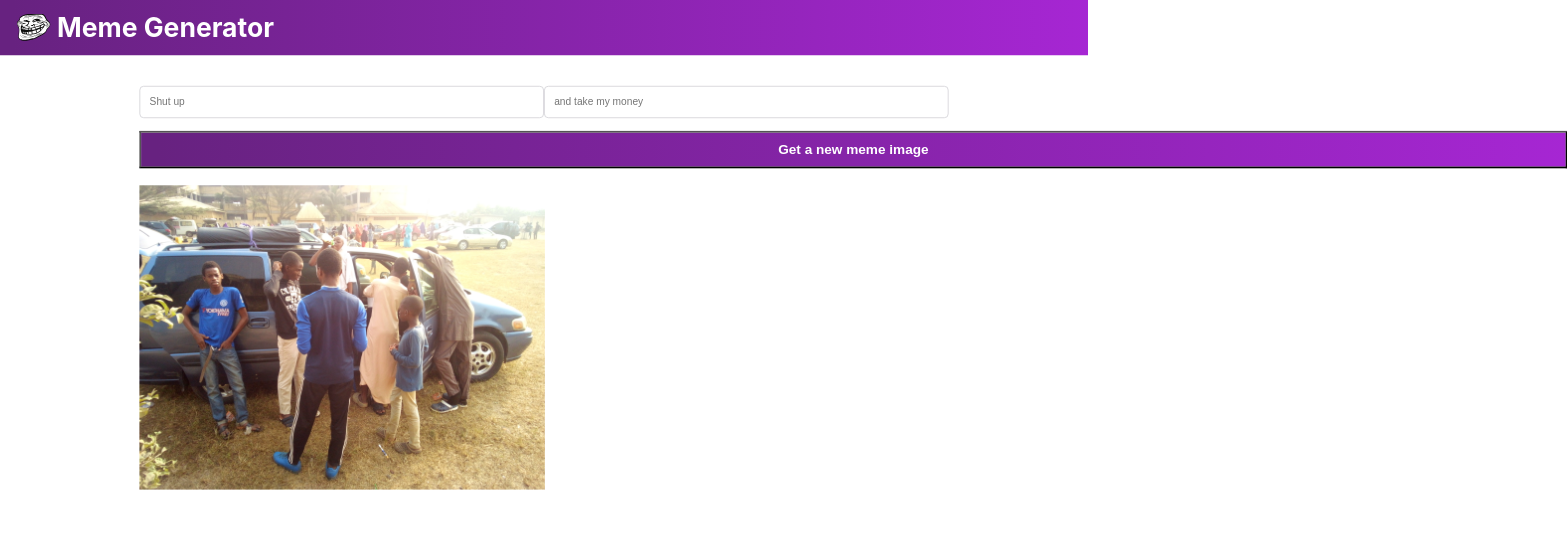
Repository: BuduCE/meme-generator
Page: /
An editor plug-in stored every save of this project. The page is shown before and after the next save, followed by the edit.
The browser window is 1280 px wide. The page is 1844 px wide, so the pictures cover 1844 px, including what lies to the right of the window. The pictures show the whole page, at 85% of full size.
The project was rebuilt for these pictures with package versions that can differ from the ones it lists, and the page was loaded fresh each time.

Above is the page before, as saved 2022-08-31 11:43:08.

### src/index.css
*{
  box-sizing: border-box;
  margin: 0;
  padding: 0;
}
body {
  margin: 0;
  font-family: -apple-system, BlinkMacSystemFont, 'Segoe UI', 'Roboto', 'Oxygen',
    'Ubuntu', 'Cantarell', 'Fira Sans', 'Droid Sans', 'Helvetica Neue',
    sans-serif;
  -webkit-font-smoothing: antialiased;
  -moz-osx-font-smoothing: grayscale;
}

code {
  font-family: source-code-pro, Menlo, Monaco, Consolas, 'Courier New',
    monospace;
}

### src/App.js
import './App.css';
import Meme from './components/Meme';
import Title from './components/Title';

function App() {

  return (
    <div className="App">
      <Title />
      <Meme />
    </div>
  );
}

export default App;

### src/components/Meme/index.jsx
import './styles.css'
import image from './image.jpg'
// import memesData from '../../memesData'

const Meme = () => {
    // const displayUrl =()=>{
    //     const memes = memesData.data.memes
    //     const urlLen = Math.floor(Math.random() * memes.length)
    //     const urlAddress = memes[urlLen].url
    //     alert(urlAddress)
    // }

    const thingsArray = ['Thing 1', 'Thing 2']
    const thingsElement = thingsArray.map( thing => <p></p>)
    const displayThings = () => {
        const newText = `Thing ${thingsArray.length + 1}`
        thingsArray.push(newText)
        console.log(thingsArray)
    }

  return (
    <div className='form'>
        <div className="meme-txt">
            <input type="text" placeholder='Shut up' className='meme-input'/>
            <input type="text" placeholder='and take my money' className='meme-input'/>
        </div>

        <button className='meme-btn' onClick={displayThings}>Get a new meme image</button>

        {thingsElement}

        <img src={image} alt="" />
    </div>
  )
}

export default Meme

### src/components/Title/index.jsx
import './styles.css'
import TrollFace from './TrollFace.svg'

const Title = () => {
  return (
    <div className='Title'>
        <img src={TrollFace} alt="" />
        <h2>Meme Generator</h2>
    </div>
  )
}

export default Title

### src/components/Meme/styles.css
.form{
    padding: 36px;
    width: 80%;
    margin: auto;
}
.meme-txt{
    display: flex;
    justify-content: space-between;
    margin-bottom: 15px;
}
.meme-input{
    padding: 11px;
    font-size: 0.75rem;
    font-weight: 400;
    /* width: 14.375rem; */
    width: 40rem;
    border: 1px solid #D5D4D8;
    border-radius: 5px;
}
.meme-btn{
    /* width: 29.8rem; */
    width: 105rem;
    margin: auto;
    padding: 11px;
    color: #fff;
    font-size: 1rem;
    font-weight: 700;
    background: linear-gradient(90deg, #672280 1.18%, #A626D3 100%);
}
.form > img{
    width: 477px;
    margin: auto;
    margin-top: 20px;
}

### src/components/Title/styles.css
.Title{
    height: 65px;
    padding: 20px;
    background: linear-gradient(90deg, #672280 1.18%, #A626D3 100%);
    display: flex;
    align-items: center;
    font-size: 1.3rem;
    font-weight: 700;
    color: #fff;
}
.Title > img{
    width: 2.5rem;
    margin-right: 7px;
}

Loaded but not shown: public/index.html (common file); src/index.js (common file); src/reportWebVitals.js (common file); src/App.css (common file)

After the next save:
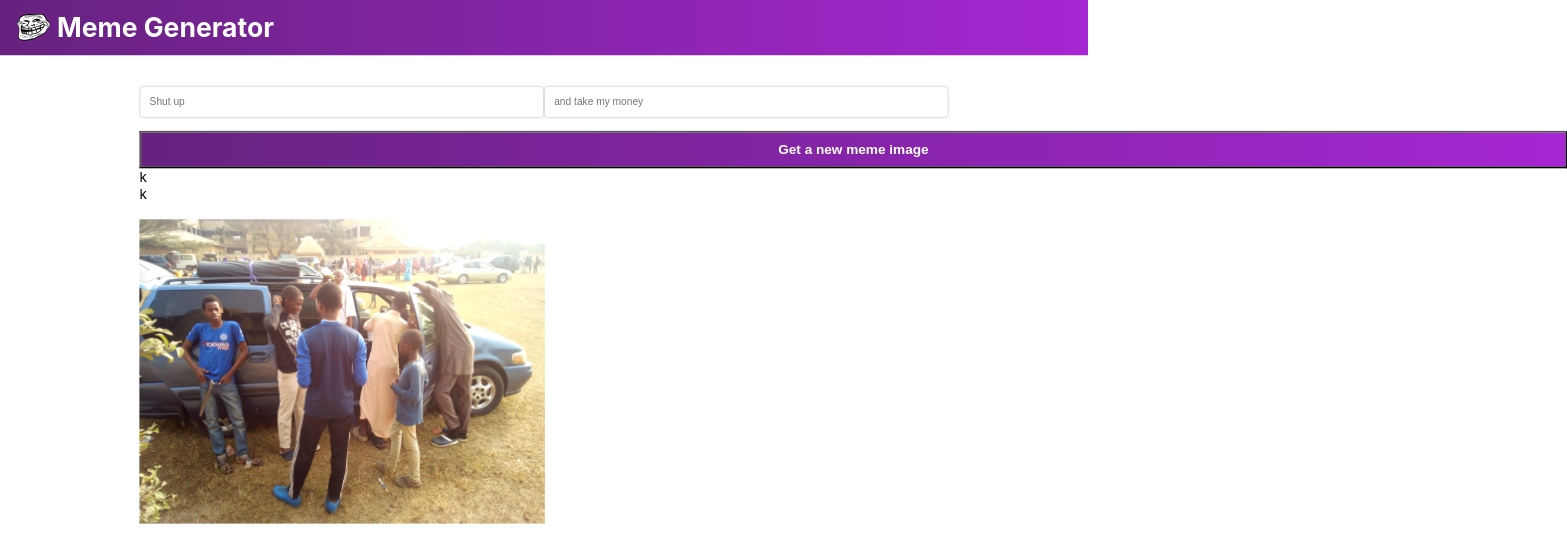
Saved 9 s later.
--- a/src/components/Meme/index.jsx
+++ b/src/components/Meme/index.jsx
@@ -11,7 +11,7 @@
     // }
 
     const thingsArray = ['Thing 1', 'Thing 2']
-    const thingsElement = thingsArray.map( thing => <p></p>)
+    const thingsElement = thingsArray.map( thing => <p>k</p>)
     const displayThings = () => {
         const newText = `Thing ${thingsArray.length + 1}`
         thingsArray.push(newText)

After the 2 saves that followed:
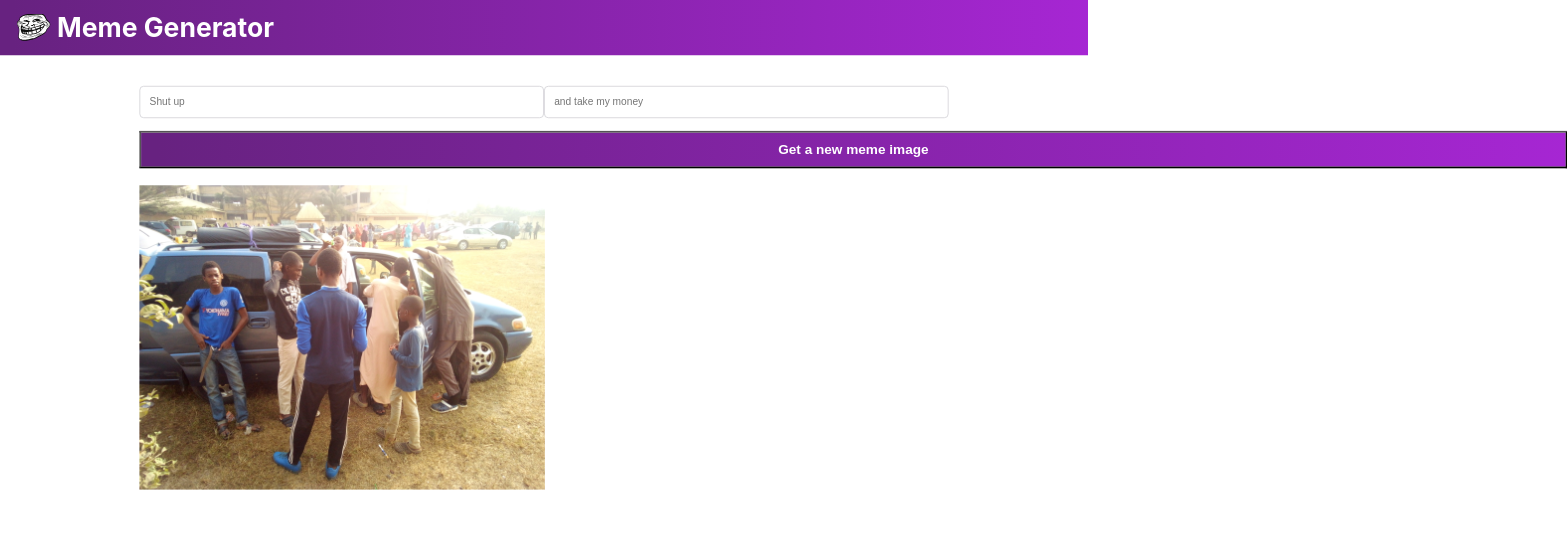
The 2 saves are shown as one change because 1 did not build or start.
The last was saved 10 s later.
--- a/src/components/Meme/index.jsx
+++ b/src/components/Meme/index.jsx
@@ -11,7 +11,7 @@
     // }
 
     const thingsArray = ['Thing 1', 'Thing 2']
-    const thingsElement = thingsArray.map( thing => <p>k</p>)
+    const thingsElement = thingsArray.map( thing => <p key={thing}></p>)
     const displayThings = () => {
         const newText = `Thing ${thingsArray.length + 1}`
         thingsArray.push(newText)
